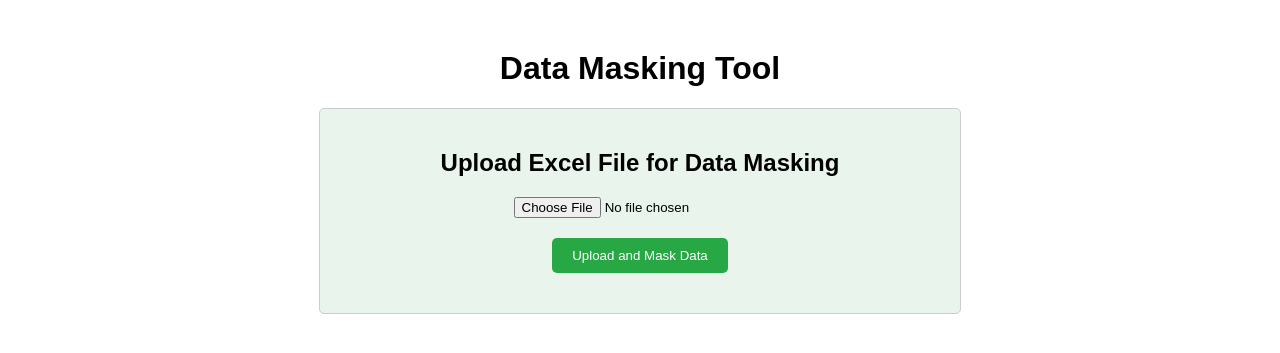
Repository: prithika12/DataMasking_Tool
Page: index.html
An editor plug-in stored every save of this project. The page is shown before and after the next save, followed by the edit.
The browser window is 1280 px wide. The pictures show the whole page.

Above is the page before, as saved 2024-07-09 11:29:32.

After the next save:
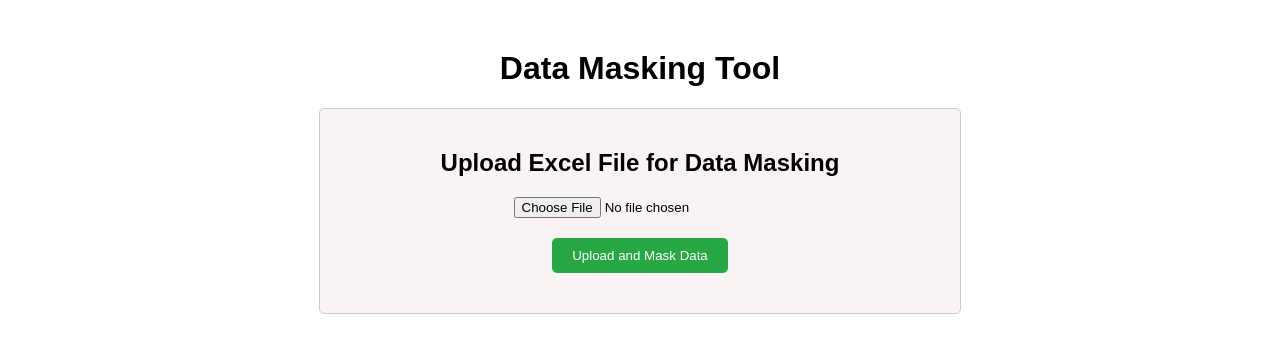
Saved 12 s later.
--- a/index.html
+++ b/index.html
@@ -11,7 +11,7 @@
             max-width: 600px;
             margin: 0 auto;
             padding: 20px;
-            background-color: #e8f4ec;
+            background-color: #f9f3f3;
             border: 1px solid #ccc;
             border-radius: 5px;
         }
